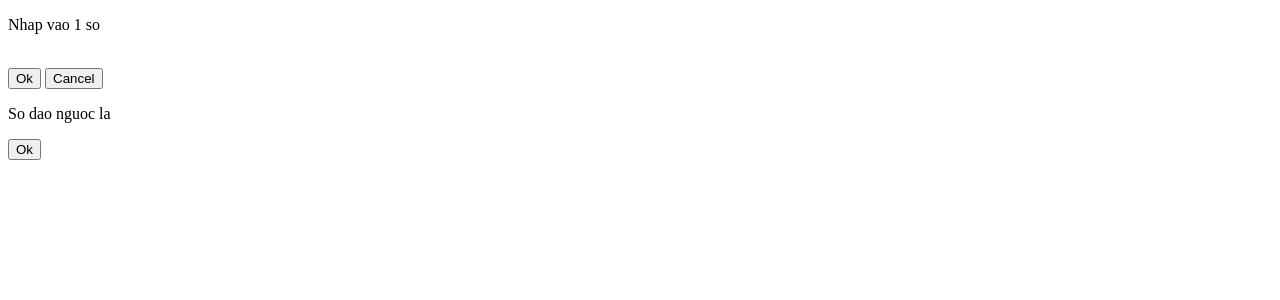
Repository: lhggiang/Sodaonguoc
Page: index.html
These files come from the project's save history. The page is drawn as it stood at one moment and after the next save; the edit follows.
The browser window is 1280 px wide. The pictures show the whole page.

Above is the page before, as saved 2023-05-19 06:49:00.

After the next save:
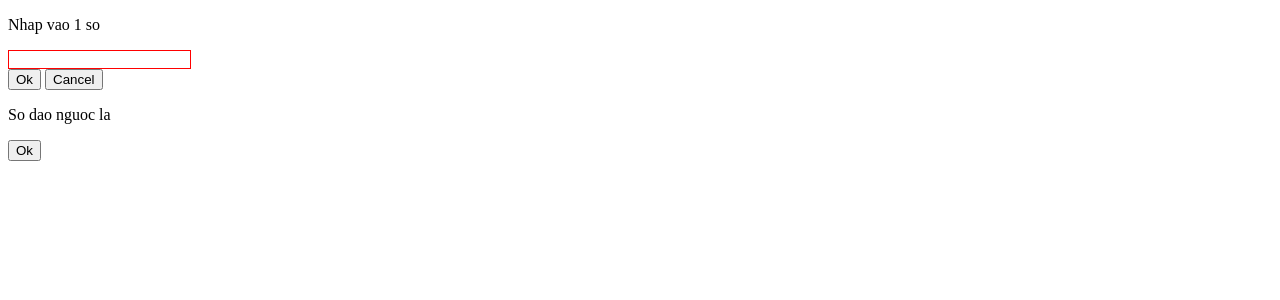
Saved 16 s later.
--- a/style.css
+++ b/style.css
@@ -1,3 +1,3 @@
 #num {
-  border: red;
+  border: 1px solid red;
 }
